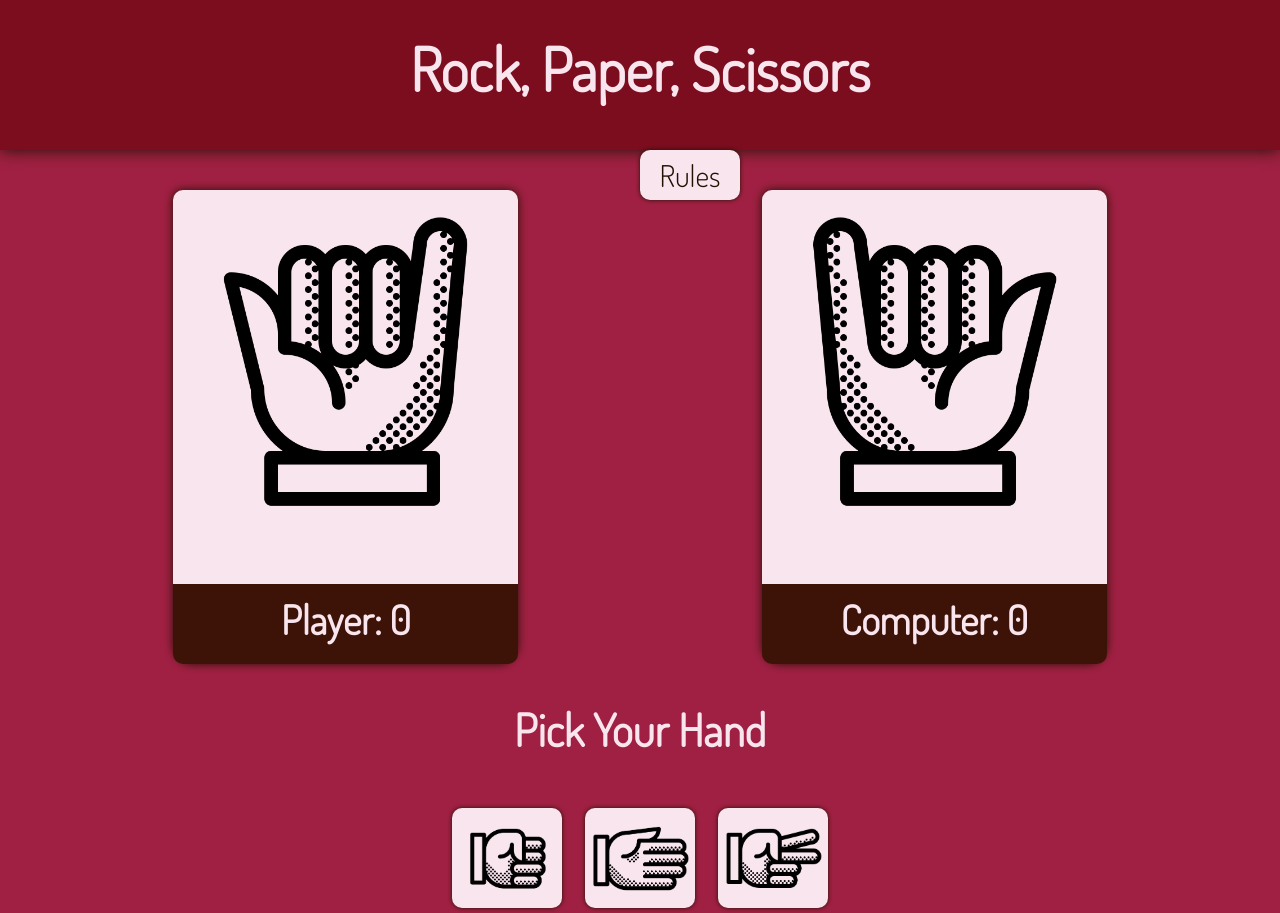
Repository: shayanabedi98/rock-paper-scissors
Page: index.html
These files come from the project's save history. The page is drawn as it stood at one moment and after a run of saves; the edit follows.
The browser window is 1280 px wide. The pictures show the whole page.

Above is the page before, as saved 2023-07-14 19:55:33.

After the next 2 saves:
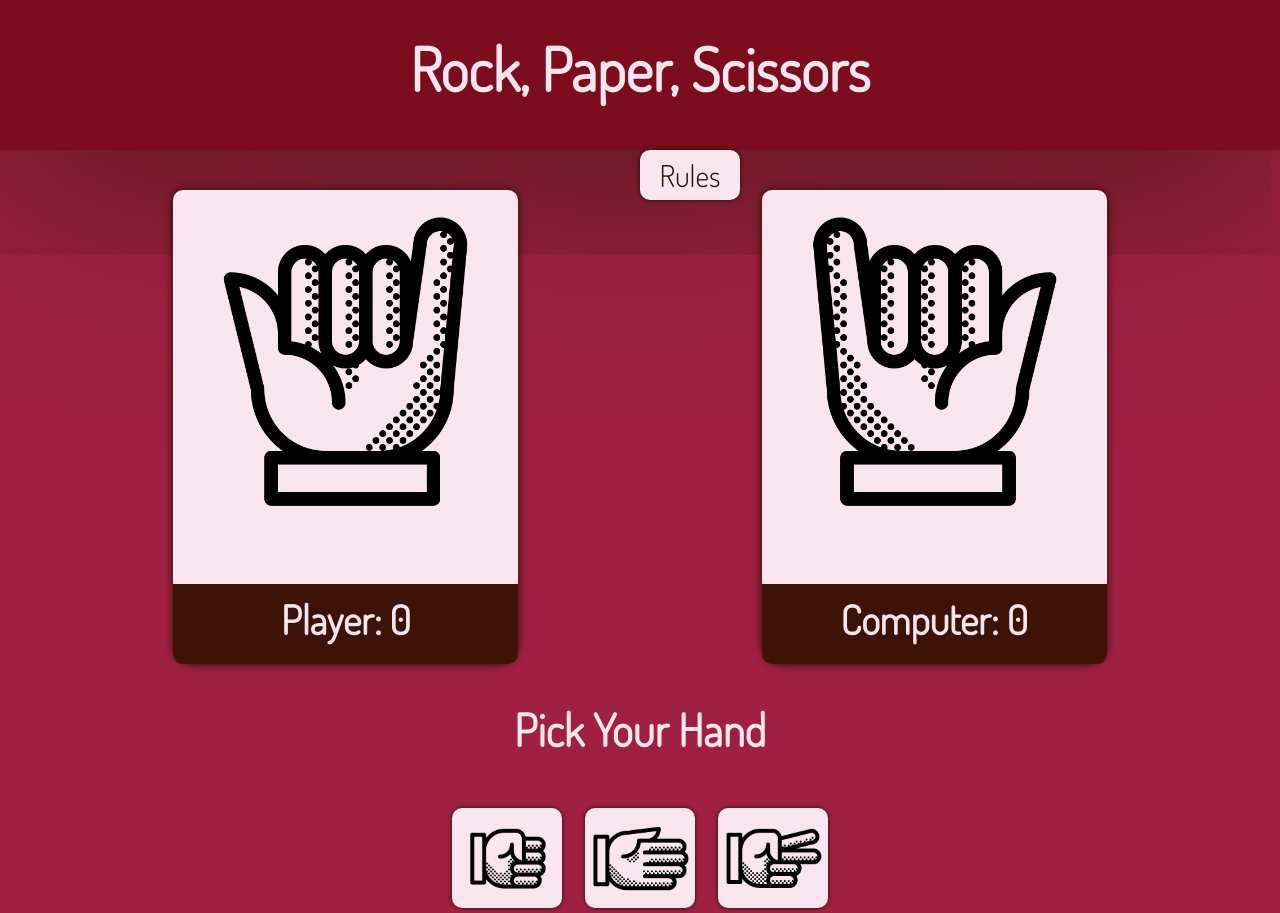
The 2 saves are shown as one change because they came seconds apart.
The last was saved 7 s later.
--- a/styles.css
+++ b/styles.css
@@ -17,7 +17,7 @@ h1 {
     background-color: #7B0D1E;
     height: 120px;
     padding-top: 30px;
-    box-shadow: 0 0 15px 0 #211103;
+    box-shadow: 0 0 300px 0 #211103;
 }
 
 .rules-btn {

After the save that followed:
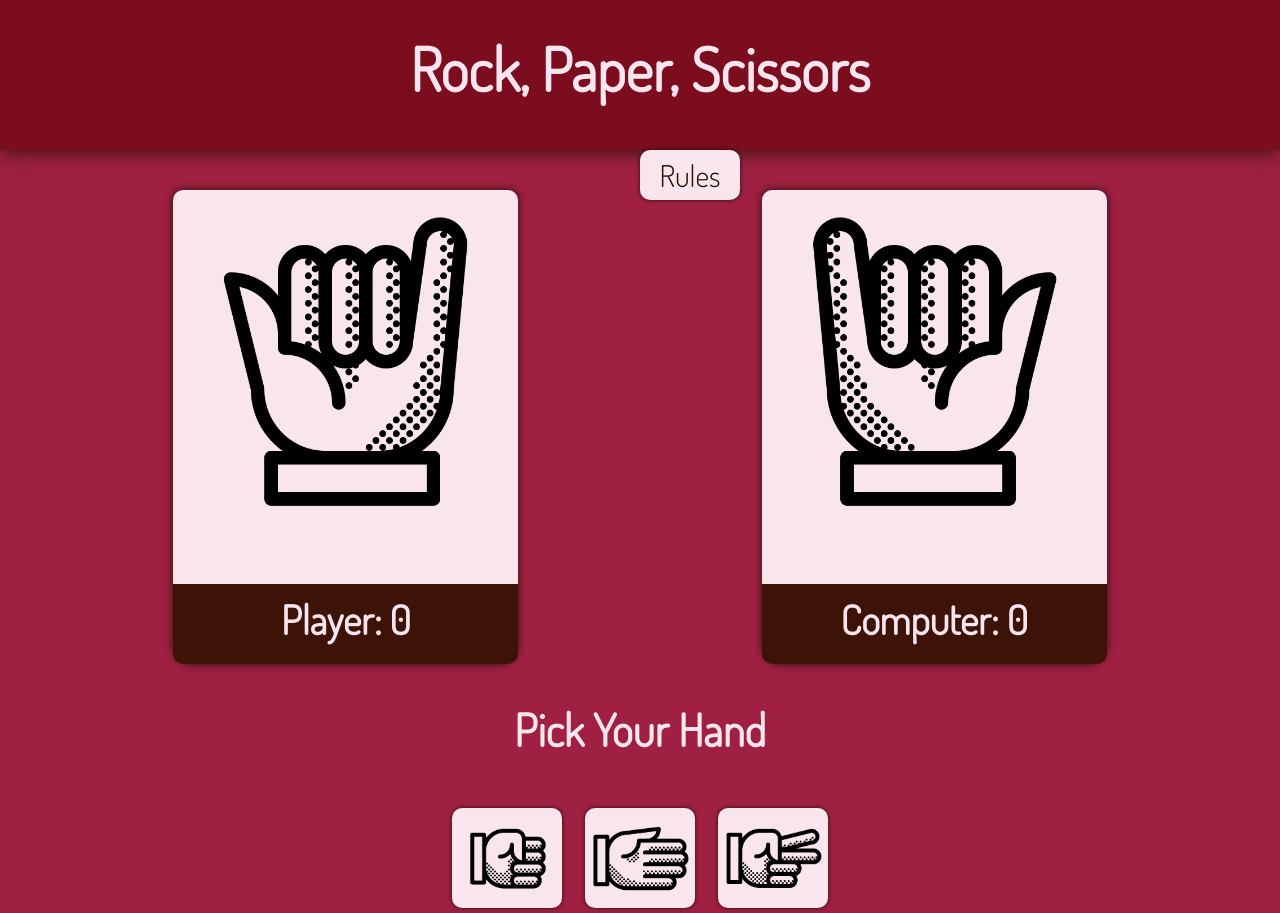
Saved 5 s later.
--- a/styles.css
+++ b/styles.css
@@ -17,7 +17,7 @@ h1 {
     background-color: #7B0D1E;
     height: 120px;
     padding-top: 30px;
-    box-shadow: 0 0 300px 0 #211103;
+    box-shadow: 0 0 20px 0 #211103;
 }
 
 .rules-btn {
